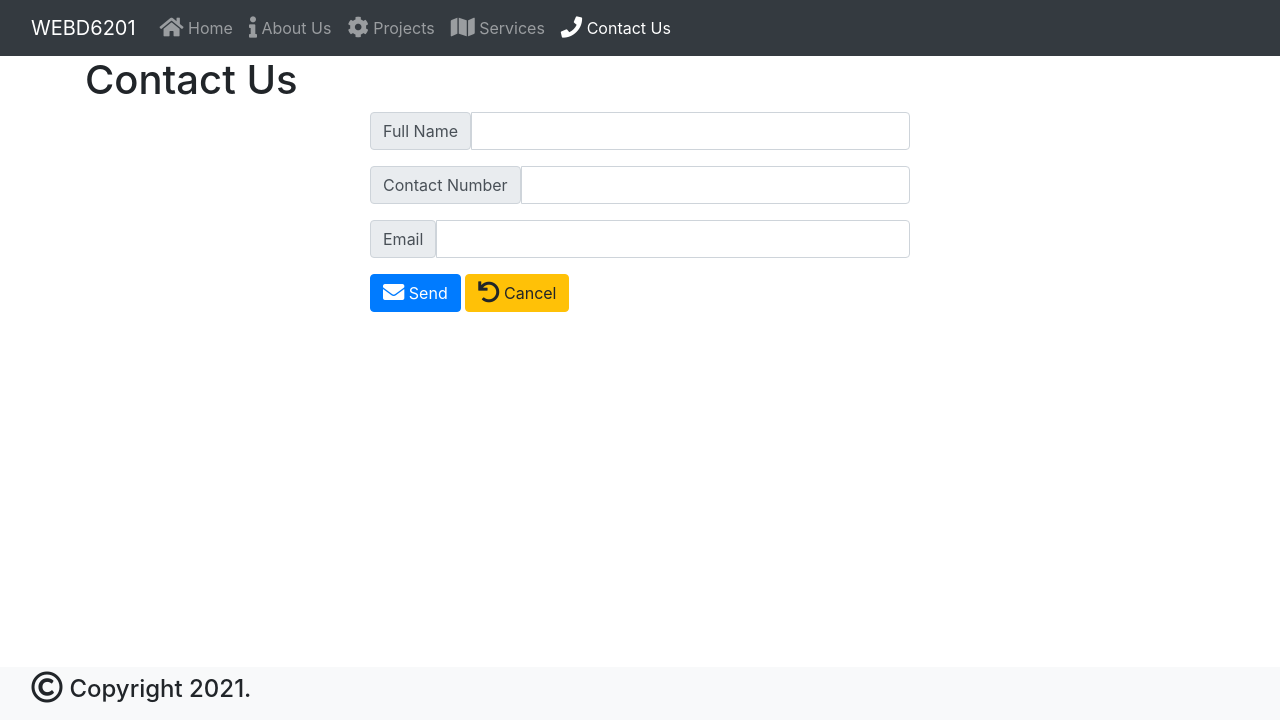
Repository: aaron33aaron/WEBD6201-W2021
Page: contact.html
An editor plug-in stored every save of this project. The page is shown before and after the next save, followed by the edit.
The browser window is 1280 px wide. The pictures show the whole page.

Above is the page before, as saved 2021-01-22 20:26:32.

After the next save:
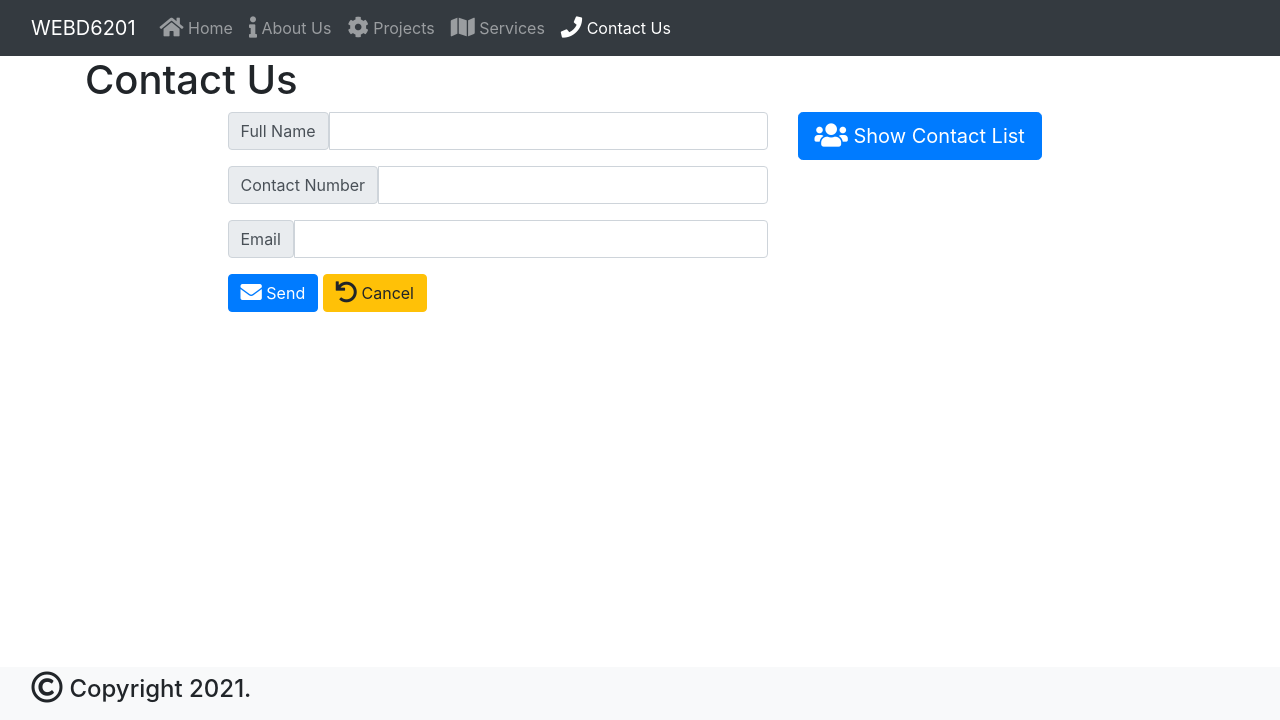
Not found: Scripts/contact.js
Saved 6 days later.
--- a/contact.html
+++ b/contact.html
@@ -81,6 +81,10 @@
             <button id="sendButton" type="submit" class="btn btn-primary"><i class="fas fa-envelope fa-lg"></i> Send</button>
             <button id="cancelButton" type="reset" class="btn btn-warning"><i class="fas fa-undo fa-lg"></i> Cancel</button>
           </form>
+
+          <div class="col-lg-3 col-md-3">
+            <a href="contact-list.html" class="btn btn-primary btn-lg"><i class="fas fa-users fa-lg"></i> Show Contact List</a>
+          </div>
         </div>
 
 
@@ -98,6 +102,8 @@
     <!-- Script Section-->
     <script src="./node_modules/jquery/dist/jquery.min.js"></script>
     <script src="./node_modules/bootstrap/dist/js/bootstrap.bundle.min.js"></script>
+
+    <script src="./Scripts/contact.js"></script>
     <script src="./Scripts/app.js"></script>
 </body>
 </html>
